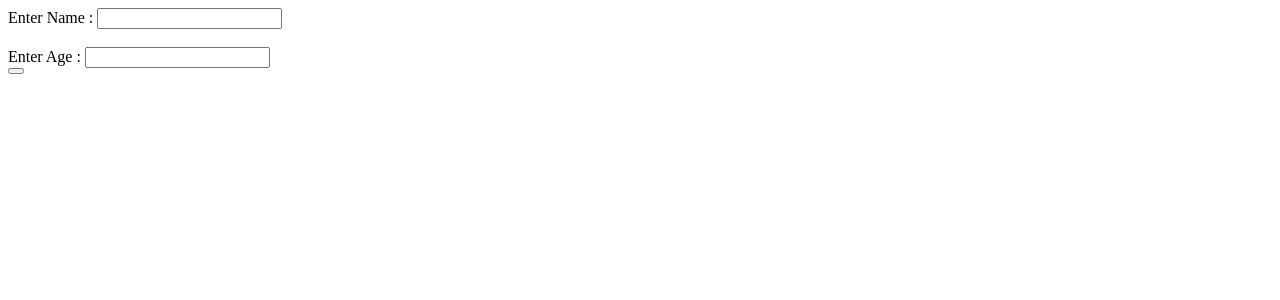
Repository: shafraz17/Servlet
Page: http://localhost/SemLab4/register.jsp
The author's editor kept a copy of each file at every save. The page is drawn from the files as they stood at one save, then again after the next save.
The browser window is 1280 px wide. The pictures show the whole page.
The page is served by Tomcat 9. Other server files are loaded and not shown.

Above is the page before, as saved 2019-01-19 04:50:46.

### JSP LAB/SemLab4/WebContent/register.jsp
<%@ page language="java" contentType="text/html; charset=ISO-8859-1"
    pageEncoding="ISO-8859-1"%>
<!DOCTYPE html PUBLIC "-//W3C//DTD HTML 4.01 Transitional//EN" "http://www.w3.org/TR/html4/loose.dtd">
<html>
<head>
<meta http-equiv="Content-Type" content="text/html; charset=ISO-8859-1">
<title>Register User</title>
</head>
<body>
	<form>
		Enter Name : <input type="text"><br><br>
		Enter Age  : <input type="text"><br>

		<button type="submit" name="Submit"></button>


	</form>


</body>
</html>

After the next save:
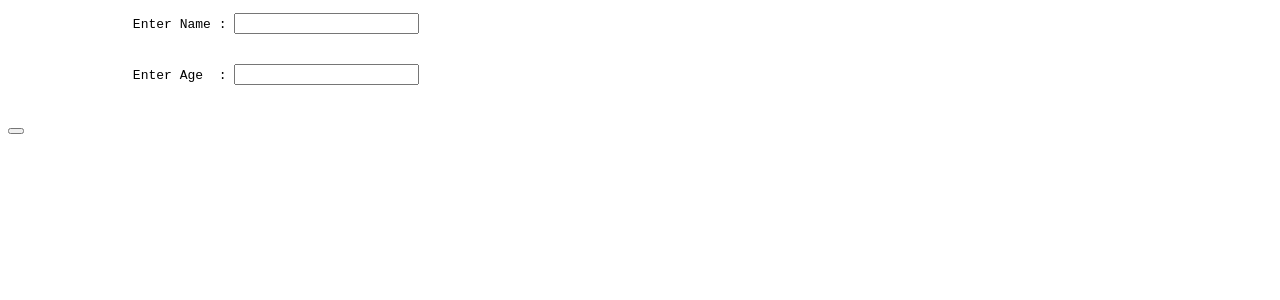
Saved 114 s later.
--- a/JSP LAB/SemLab4/WebContent/register.jsp
+++ b/JSP LAB/SemLab4/WebContent/register.jsp
@@ -7,10 +7,10 @@
 <title>Register User</title>
 </head>
 <body>
-	<form>
+	<form><pre>
 		Enter Name : <input type="text"><br><br>
 		Enter Age  : <input type="text"><br>
-
+		</pre>
 		<button type="submit" name="Submit"></button>
 
 
